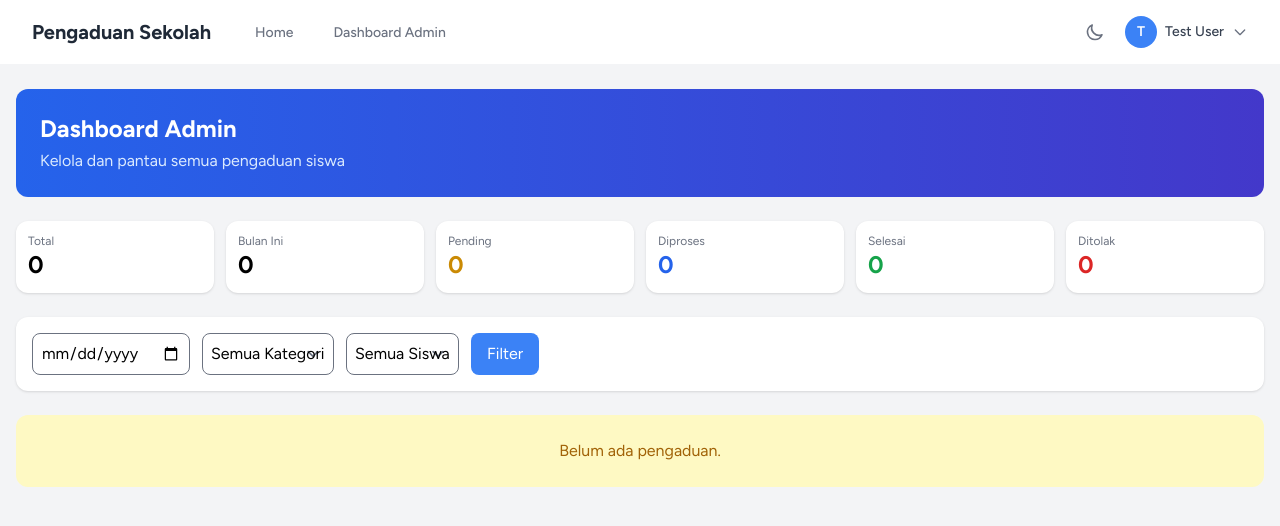
Repository: ikhwan1227/sistem-pengaduan-sekolah
Page: http://localhost/admin
An editor plug-in stored every save of this project. The page is shown before and after the next save, followed by the edit.
The browser window is 1280 px wide. The pictures show the whole page.
The page is served by the project's Laravel application, run on PHP 8.4 with Laravel 12. A made-up administrator, Test User (test@example.com), is signed in. Style sheets and scripts are compiled from the project's sources, by tool versions that may differ from the author's. Queries for data that is not in the repository find no rows.

Above is the page before, as saved 2026-05-06 19:41:56.

After the next save:
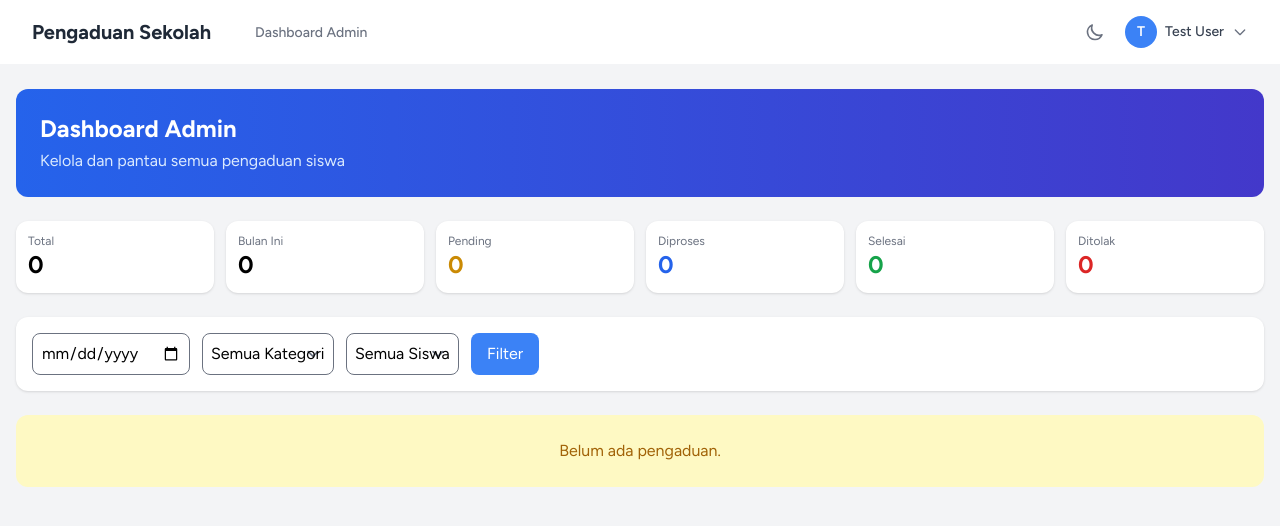
Saved 19 min 1 s later.
--- a/resources/views/layouts/app.blade.php
+++ b/resources/views/layouts/app.blade.php
@@ -32,9 +32,6 @@
 
                         <!-- Navigation Links -->
                         <div class="hidden space-x-8 sm:-my-px sm:ml-10 sm:flex">
-                            <a href="{{ url('/') }}" class="inline-flex items-center px-1 pt-1 border-b-2 border-transparent text-sm font-medium leading-5 text-gray-500 dark:text-gray-400 hover:text-gray-700 dark:hover:text-gray-300 hover:border-gray-300 focus:outline-none focus:text-gray-700 focus:border-gray-300 transition">
-                                Home
-                            </a>
 
                             @auth
                                 @if(auth()->user()->role == 'siswa')
